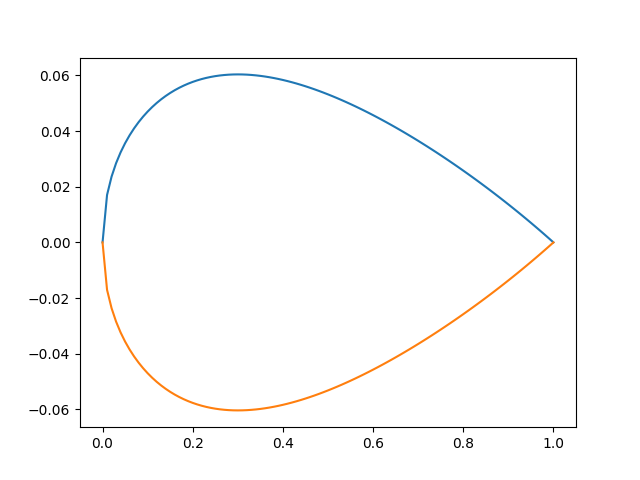
Repository: leiradom/CFDhomework
Script's output: python Laplaceequation/Meshgeneration.py
An editor plug-in stored every save of this project. The script's output is shown before and after a run of saves, followed by the edit.
Random numbers start from a fixed seed.

Above is the script's output before, as saved 2021-04-06 22:21:44.

### Laplaceequation/Meshgeneration.py
import math
import numpy as np
import matplotlib.pyplot as plt

#数组准备
X = np.ones(101)
Y1 = np.ones(101)
Y2 = np.ones(101)


# n1 = int(input("请输入翼型表面离散点数"))
# n2 = int(input("请输入近场到远场离散点数"))

#NACA0012表面坐标
#y1 = 0.6 * (-0.1015 * x**4 + 0.2843 * x**3 - 0.3576 * x**2 - 0.1221 * x + 0.2969 * x ** 0.5)
#y2 = -0.6 * (-0.1015 * x**4 + 0.2843 * x**3 - 0.3576 * x**2 - 0.1221 * x + 0.2969 * x ** 0.5)


for i in range (0,101):
    x = 0.01 *  i
    y1 = 0.6 * (-0.1015 * x**4 + 0.2843 * x**3 - 0.3576 * x**2 - 0.1221 * x + 0.2969 * x ** 0.5)
    y2 = -0.6 * (-0.1015 * x**4 + 0.2843 * x**3 - 0.3576 * x**2 - 0.1221 * x + 0.2969 * x ** 0.5)
    X[i] = x
    Y1[i] = y1
    Y2[i] = y2
plt.plot(X,Y1)
plt.plot(X,Y2)
plt.show()

After the next 3 saves:
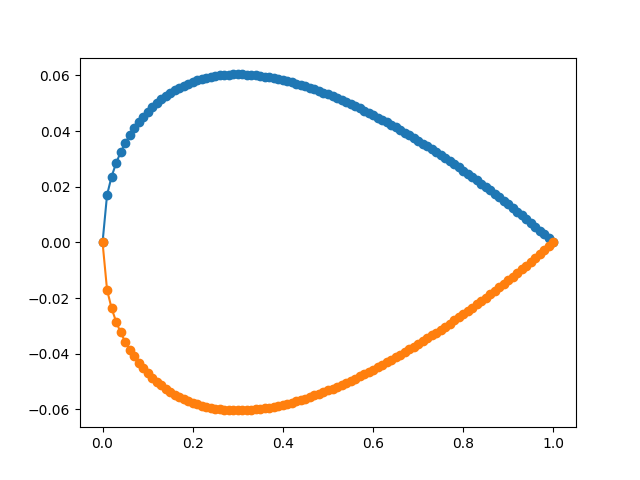
The 3 saves are shown as one change because 2 did not build or start.
The last was saved 91 s later.
--- a/Laplaceequation/Meshgeneration.py
+++ b/Laplaceequation/Meshgeneration.py
@@ -16,6 +16,7 @@ Y2 = np.ones(101)
 #y2 = -0.6 * (-0.1015 * x**4 + 0.2843 * x**3 - 0.3576 * x**2 - 0.1221 * x + 0.2969 * x ** 0.5)
 
 
+#
 for i in range (0,101):
     x = 0.01 *  i
     y1 = 0.6 * (-0.1015 * x**4 + 0.2843 * x**3 - 0.3576 * x**2 - 0.1221 * x + 0.2969 * x ** 0.5)
@@ -23,6 +24,6 @@ for i in range (0,101):
     X[i] = x
     Y1[i] = y1
     Y2[i] = y2
-plt.plot(X,Y1)
-plt.plot(X,Y2)
+plt.plot(X,Y1,'-o')
+plt.plot(X,Y2,'-o')
 plt.show()
